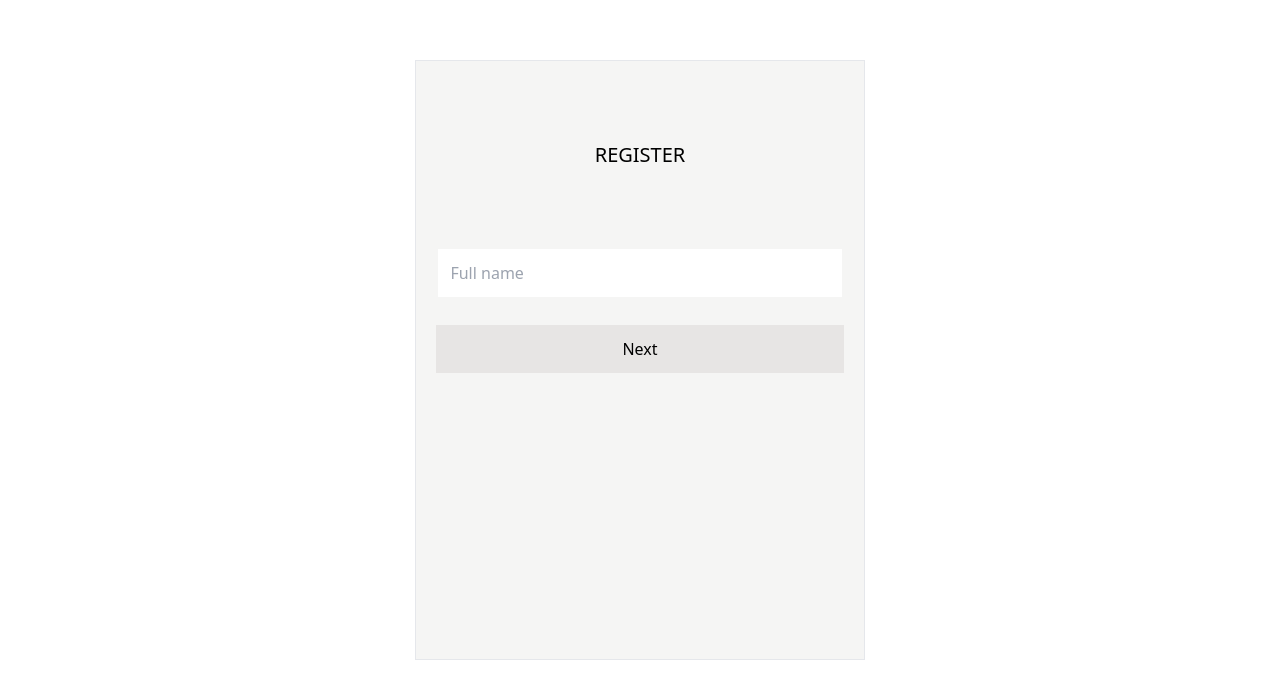
Repository: hsumyatm7308/oop-loginregister-php
Page: login.html
An editor plug-in stored every save of this project. The page is shown before and after the next save, followed by the edit.
The browser window is 1280 px wide. The pictures show the whole page.
Some web libraries are served in a nearby version.

Above is the page before, as saved 2023-08-01 14:01:10.

### login.html
<!DOCTYPE html>
<html>

<head>
    <title>Login</title>

    <script src="https://cdn.tailwindcss.com"></script>

</head>

<body class="w-screen h-screen  flex justify-center items-center">
    <div class="w-[450px] h-[600px] bg-stone-100 border flex items-center flex-col">

        <h1 class="text-xl text-black uppercase mt-20">Register</h1>

        <form action="" class="w-full flex justify-center items-center flex-col mt-20">
            <div class="page w-full flex justify-center items-center">
                <input type="text" class="w-[90%] p-3 mb-2 focus:outline-none" placeholder="Full name">
            </div>
            <div class="page w-full flex justify-center items-center hidden">
                <input type="text" class="w-[90%] p-3  mb-5 focus:outline-none" placeholder="username">
            </div>
            <div class="page w-full flex justify-center items-center hidden">
                <input type="text" class="w-[90%] p-3  mb-5 focus:outline-none" placeholder="Email">
            </div>
            <div class="page w-full flex justify-center items-center hidden">
                <input type="text" class="w-[90%] p-3  mb-5 focus:outline-none" placeholder="Phone">
            </div>
            <div class="page w-full flex justify-center items-center hidden">
                <input type="text" class="w-[90%] p-3  mb-5 focus:outline-none" placeholder="Password">
            </div>
            <div class="page w-full flex justify-center items-center hidden">
                <input type="text" class="w-[90%] p-3  mb-5 focus:outline-none" placeholder="Comfirm password">
            </div>

            <div class="w-full flex justify-center items-center">
                <button type="text" class="w-full bg-stone-200 p-3 m-5">Next </button>
            </div>

        </form>
    </div>

    <script src="./app.js"></script>
</body>

</html>

Loaded but not shown: app.js (no stored copy; drawn as an empty file)

After the next save:
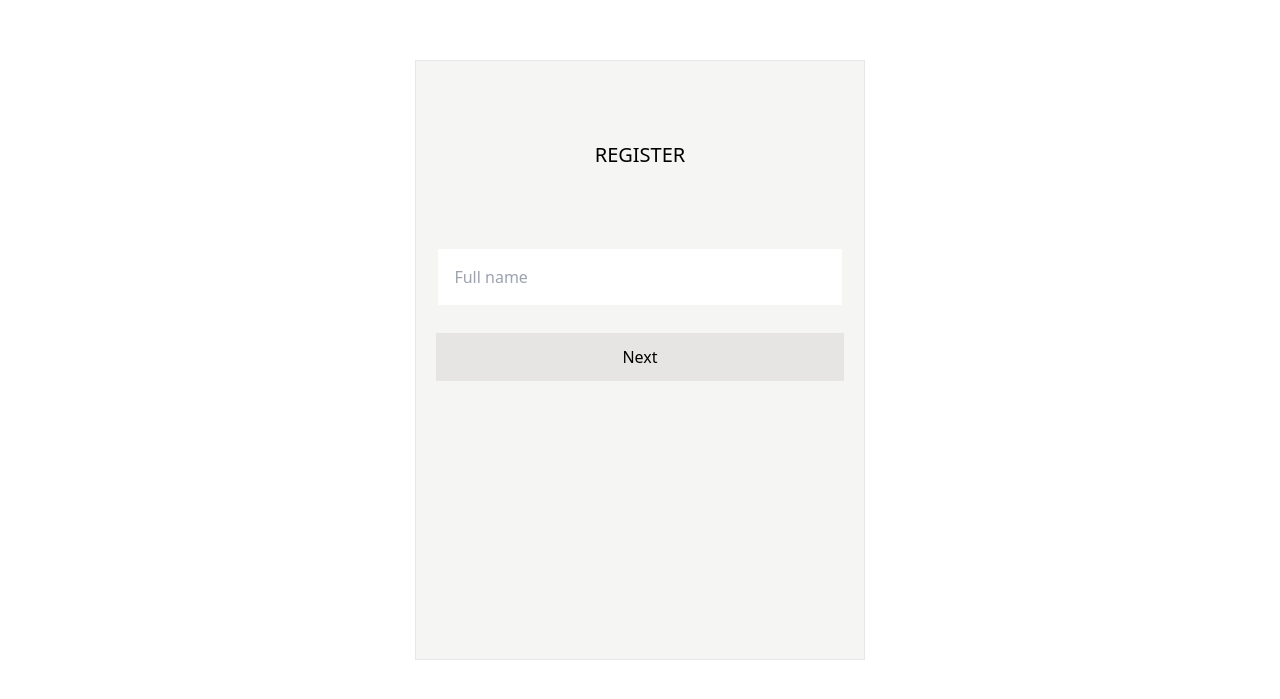
Saved 10 s later.
--- a/login.html
+++ b/login.html
@@ -15,7 +15,7 @@
 
         <form action="" class="w-full flex justify-center items-center flex-col mt-20">
             <div class="page w-full flex justify-center items-center">
-                <input type="text" class="w-[90%] p-3 mb-2 focus:outline-none" placeholder="Full name">
+                <input type="text" class="w-[90%] p-4 mb-2 focus:outline-none" placeholder="Full name">
             </div>
             <div class="page w-full flex justify-center items-center hidden">
                 <input type="text" class="w-[90%] p-3  mb-5 focus:outline-none" placeholder="username">
